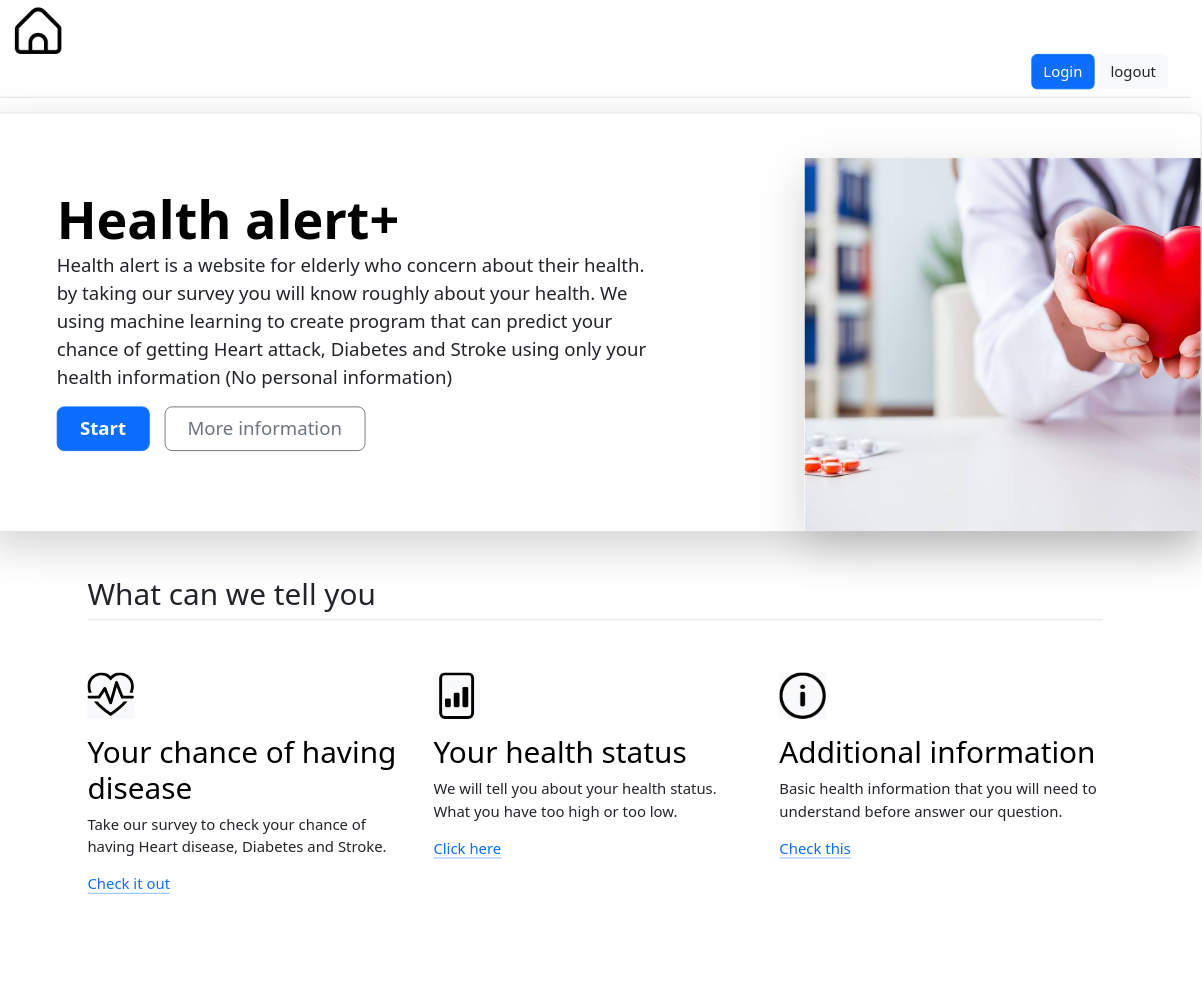
Repository: aneforollll/webapp
Page: http://localhost/
These files come from the project's save history. The page is drawn as it stood at one moment and after the next save; the edit follows.
The browser window is 1280 px wide. The page is 1292 px wide, so the pictures cover 1292 px, including what lies to the right of the window. The pictures show the whole page, at 93% of full size.
The page is run by PHP 8.4 with error messages shown; the project is at /var/www/html/.

Above is the page before, as saved 2024-01-15 10:57:44.

### index.php

<html lang="en">
  <head>
    <meta charset="utf-8">
    <meta name="viewport" content="width=device-width, initial-scale=1">
    <title>Health alert demo</title>
    <link href="https://cdn.jsdelivr.net/npm/bootstrap@5.3.2/dist/css/bootstrap.min.css" rel="stylesheet" integrity="sha384-T3c6CoIi6uLrA9TneNEoa7RxnatzjcDSCmG1MXxSR1GAsXEV/Dwwykc2MPK8M2HN" crossorigin="anonymous">
  </head>
  <body>

  <div class="px-3 py-2 border-bottom mb-3">
      <div class="row d-flex flex-wrap justify-content-start">
        <div class="col align-self-start">
          <img src="images/home.png" width="50px">
        </div>
        <div class="text-end">
          <button type="button" class="btn btn-primary">Login</button>
          <button type="button" class="btn btn-light text-dark me-2">logout</button>
        </div>
      </div>

      </div>
    </div>
    <div class="row p-4 pb-0 pe-lg-0 pt-lg-5 align-items-center rounded-3 border shadow-lg">
        <div class="col-lg-7 p-3 p-lg-5 pt-lg-3">
          <h1 class="display-4 fw-bold lh-1 text-body-emphasis">Health alert+</h1>
          <p class="lead">Health alert is a website for elderly who concern about their health. by taking our survey you will know roughly about your health.
            We using machine learning to create program that can predict your chance of getting Heart attack, Diabetes and Stroke using only your health information (No personal information) </p>
          <div class="d-grid gap-2 d-md-flex justify-content-md-start mb-4 mb-lg-3">
            <button type="button" class="btn btn-primary btn-lg px-4 me-md-2 fw-bold" onclick="document.location='healthalertform.php'">Start</button>
            <button type="button" class="btn btn-outline-secondary btn-lg px-4" onclick="document.location='FAQ.php'">More information</button>
          </div>
        </div>
        <div class="col-lg-4 offset-lg-1 p-0 overflow-hidden shadow-lg">
            <img class="rounded-lg-3" src="images/heart.jpg" alt="" width="600
            ">
        </div>
      </div>
      <div class="container px-4 py-5" id="featured-3">
        <h2 class="pb-2 border-bottom">What can we tell you</h2>
        <div class="row g-4 py-5 row-cols-1 row-cols-lg-3">
          <div class="feature col">
            <div class="feature-icon d-inline-flex align-items-center justify-content-center text-bg-light bg-gradient fs-2 mb-3">
              <svg xmlns="http://www.w3.org/2000/svg" width="50" height="50" fill="light" class="bi bi-heart-pulse" viewBox="0 0 16 16">
                <path d="m8 2.748-.717-.737C5.6.281 2.514.878 1.4 3.053.918 3.995.78 5.323 1.508 7H.43c-2.128-5.697 4.165-8.83 7.394-5.857.06.055.119.112.176.171a3.12 3.12 0 0 1 .176-.17c3.23-2.974 9.522.159 7.394 5.856h-1.078c.728-1.677.59-3.005.108-3.947C13.486.878 10.4.28 8.717 2.01zM2.212 10h1.315C4.593 11.183 6.05 12.458 8 13.795c1.949-1.337 3.407-2.612 4.473-3.795h1.315c-1.265 1.566-3.14 3.25-5.788 5-2.648-1.75-4.523-3.434-5.788-5Z"/>
                <path d="M10.464 3.314a.5.5 0 0 0-.945.049L7.921 8.956 6.464 5.314a.5.5 0 0 0-.88-.091L3.732 8H.5a.5.5 0 0 0 0 1H4a.5.5 0 0 0 .416-.223l1.473-2.209 1.647 4.118a.5.5 0 0 0 .945-.049l1.598-5.593 1.457 3.642A.5.5 0 0 0 12 9h3.5a.5.5 0 0 0 0-1h-3.162z"/>
              </svg>
            </div>
            <h3 class="fs-2 text-body-emphasis">Your chance of having disease</h3>
            <p>Take our survey to check your chance of having Heart disease, Diabetes and Stroke.</p>
            <a href="healthalertform.php" class="icon-link">
              Check it out
              <svg class="bi"><use xlink:href="#chevron-right"></use></svg>
            </a>
          </div>
          <div class="feature col">
            <div class="feature-icon d-inline-flex align-items-center justify-content-center text-bg-light bg-gradient fs-2 mb-3">
              <svg xmlns="http://www.w3.org/2000/svg" width="50" height="50" fill="light" class="bi bi-file-bar-graph" viewBox="0 0 16 16">
                <path d="M4.5 12a.5.5 0 0 1-.5-.5v-2a.5.5 0 0 1 .5-.5h1a.5.5 0 0 1 .5.5v2a.5.5 0 0 1-.5.5zm3 0a.5.5 0 0 1-.5-.5v-4a.5.5 0 0 1 .5-.5h1a.5.5 0 0 1 .5.5v4a.5.5 0 0 1-.5.5zm3 0a.5.5 0 0 1-.5-.5v-6a.5.5 0 0 1 .5-.5h1a.5.5 0 0 1 .5.5v6a.5.5 0 0 1-.5.5z"/>
                <path d="M4 0a2 2 0 0 0-2 2v12a2 2 0 0 0 2 2h8a2 2 0 0 0 2-2V2a2 2 0 0 0-2-2zm0 1h8a1 1 0 0 1 1 1v12a1 1 0 0 1-1 1H4a1 1 0 0 1-1-1V2a1 1 0 0 1 1-1"/>
              </svg>
            </div>
            <h3 class="fs-2 text-body-emphasis">Your health status</h3>
            <p>We will tell you about your health status. What you have too high or too low.</p>
            <a href="dashboard.php" class="icon-link">
              Click here
              <svg class="bi"><use xlink:href="#chevron-right"></use></svg>
            </a>
          </div>
          <div class="feature col">
            <div class="feature-icon d-inline-flex align-items-center justify-content-center text-bg-light bg-gradient fs-2 mb-3">
              <img class="rounded" src="images/info.png" width="50" height="50" fill="light" >
            </div>
            <h3 class="fs-2 text-body-emphasis">Additional information</h3>
            <p>Basic health information that you will need to understand before answer our question.</p>
            <a href="FAQ.php" class="icon-link">
              Check this
              <svg class="bi"><use xlink:href="#chevron-right"></use></svg>
              <script src="https://cdn.jsdelivr.net/npm/bootstrap@5.3.2/dist/js/bootstrap.bundle.min.js" integrity="sha384-C6RzsynM9kWDrMNeT87bh95OGNyZPhcTNXj1NW7RuBCsyN/o0jlpcV8Qyq46cDfL" crossorigin="anonymous"></script>
            </a>
          </div>
        </div>
      </div>




  </body>
</html>

After the next save:
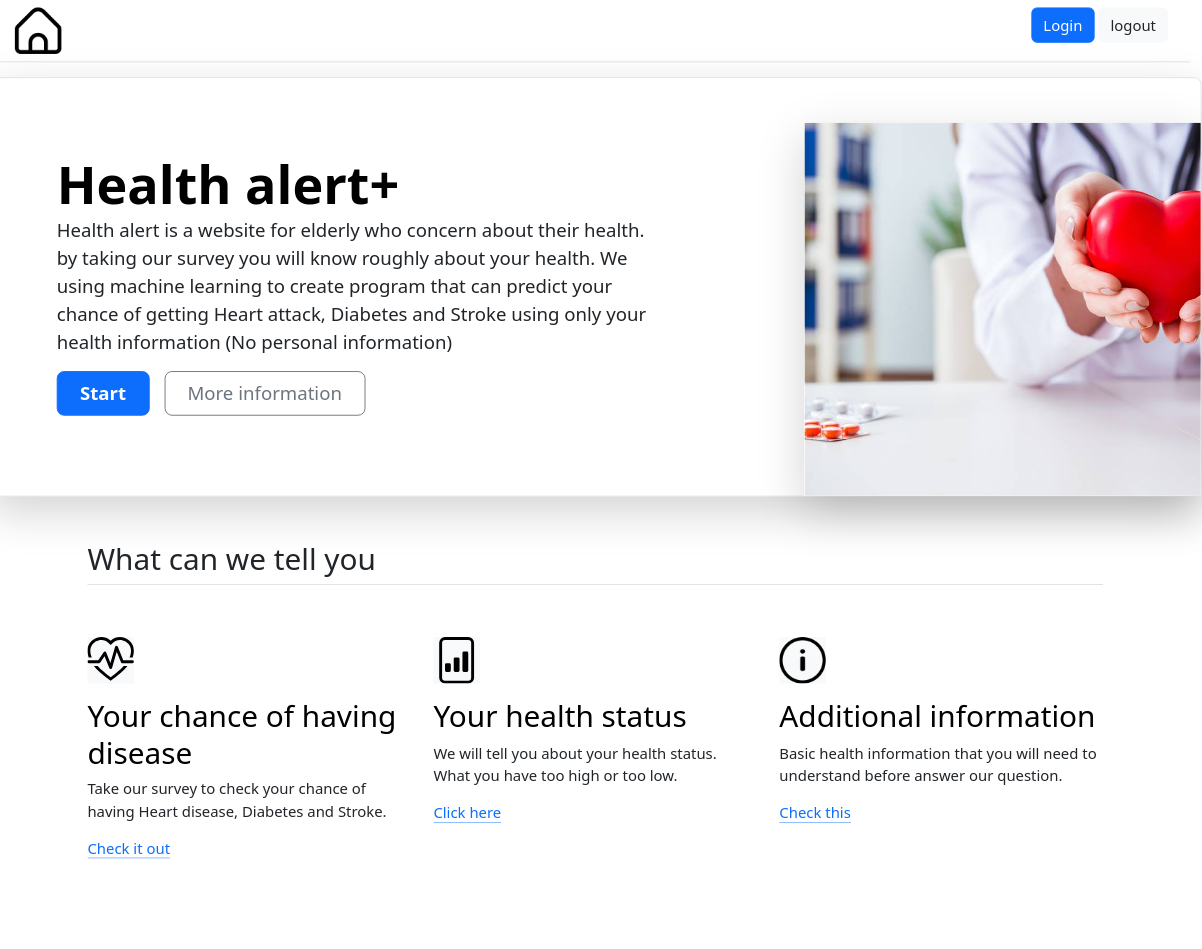
Saved 22 s later.
--- a/index.php
+++ b/index.php
@@ -13,7 +13,7 @@
         <div class="col align-self-start">
           <img src="images/home.png" width="50px">
         </div>
-        <div class="text-end">
+        <div class="col text-end">
           <button type="button" class="btn btn-primary">Login</button>
           <button type="button" class="btn btn-light text-dark me-2">logout</button>
         </div>
